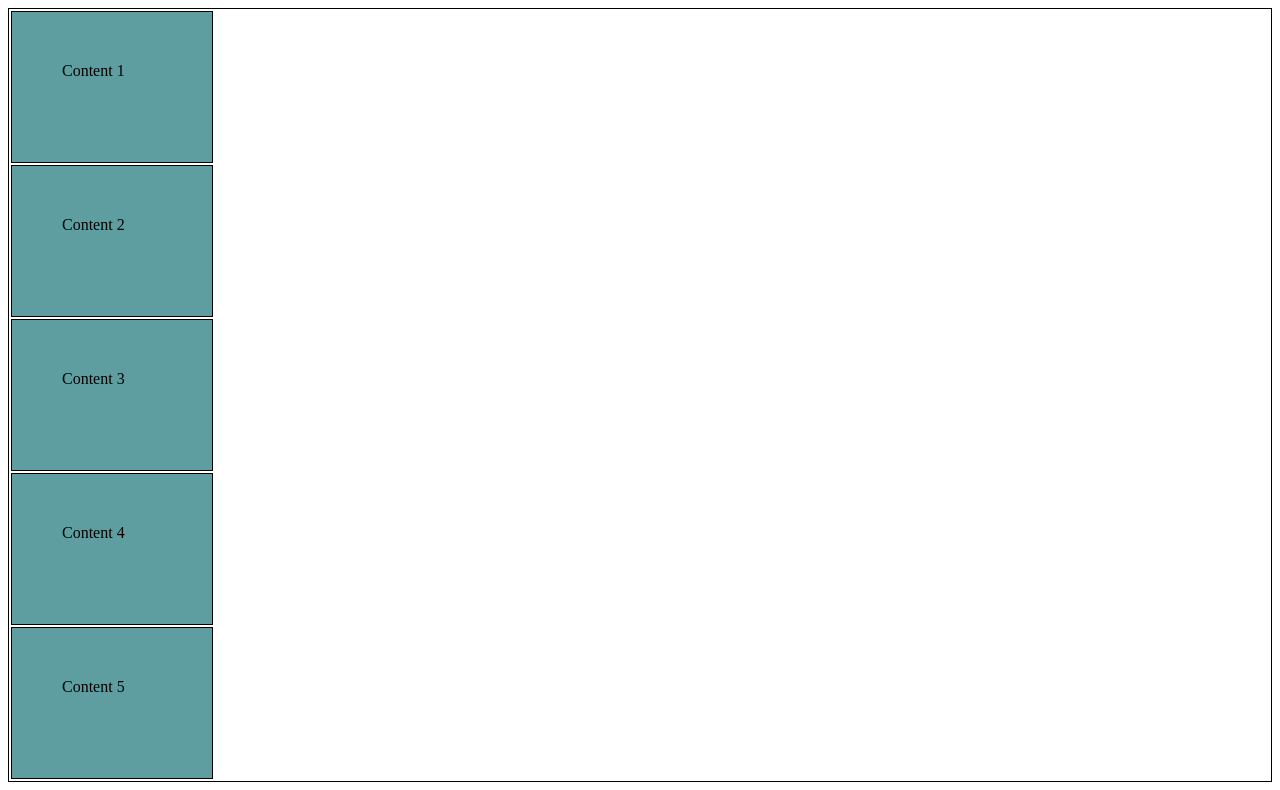
Repository: sammkrt/saltPrecourse
Page: css-trainingGround/cssMarginAndPadding.html
The author's editor kept a copy of each file at every save. The page is drawn from the files as they stood at one save, then again after the next save.
The browser window is 1280 px wide. The pictures show the whole page.

Above is the page before, as saved 2022-12-22 10:37:34.

### css-trainingGround/cssMarginAndPadding.html
<!DOCTYPE html>
<html lang="en">
<head>
    <title>Positioning plaground</title>
    <style>
        main {
            border: 1px solid black;
        }

        div {
            background-color: cadetblue;
            width: 100px;
            height: 50px;
            border: 1px solid black;
            margin: 2px;
            padding: 50px;
        }

    </style>
</head>
<body>
<main>
    <div>Content 1</div>
    <div>Content 2</div>
    <div>Content 3</div>
    <div>Content 4</div>
    <div>Content 5</div>
</main>
</body>
</html>

After the next save:
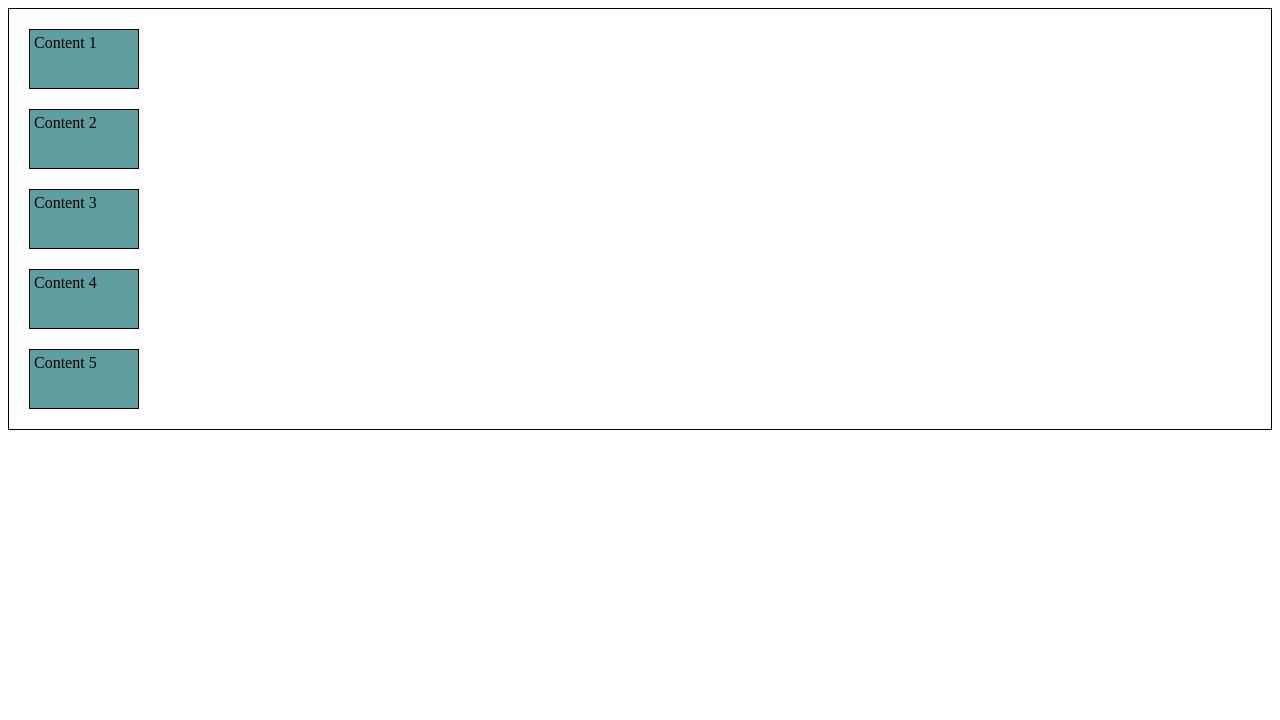
Saved 13 s later.
--- a/css-trainingGround/cssMarginAndPadding.html
+++ b/css-trainingGround/cssMarginAndPadding.html
@@ -12,8 +12,8 @@
             width: 100px;
             height: 50px;
             border: 1px solid black;
-            margin: 2px;
-            padding: 50px;
+            margin: 20px;
+            padding: 4px;
         }
 
     </style>
